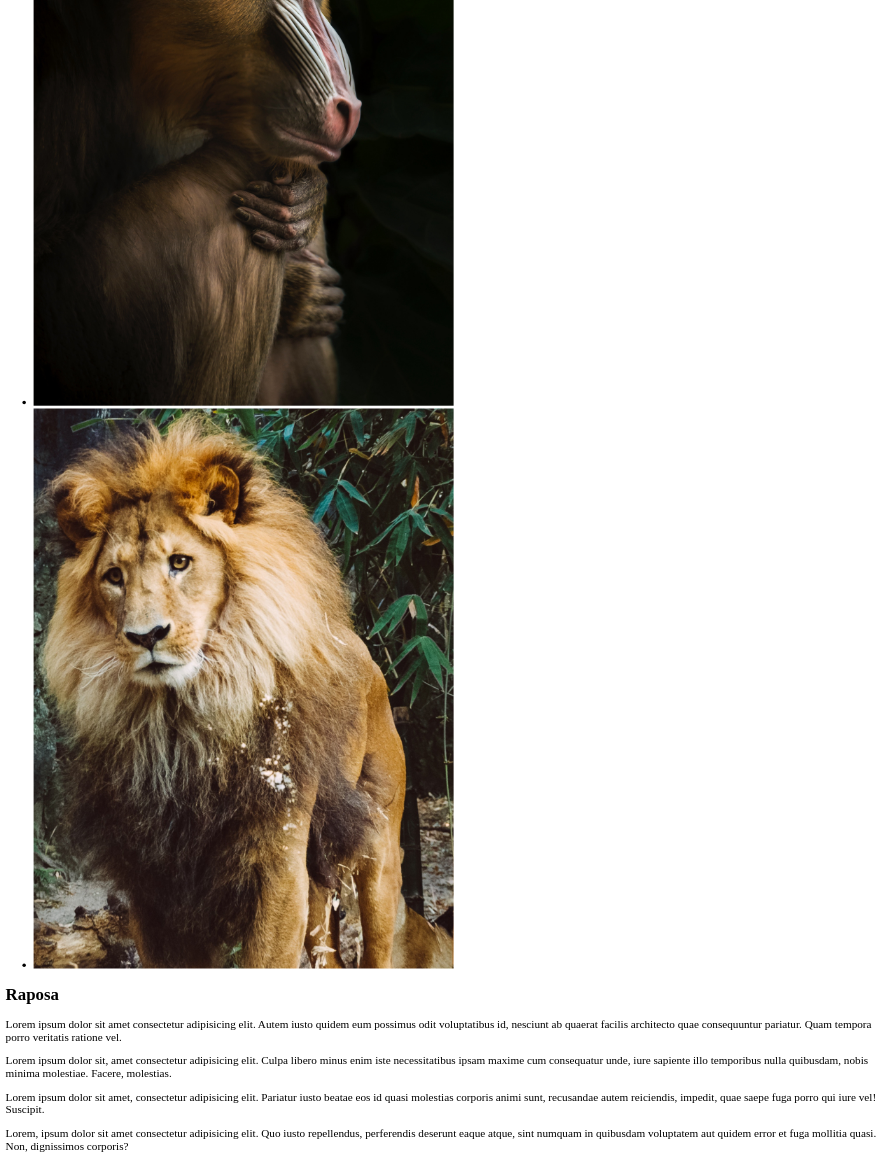
Repository: meiotera/animaisPagina
Page: index.html
The author's editor kept a copy of each file at every save. The page is drawn from the files as they stood at one save, then again after the next save.
The browser window is 1280 px wide. The pictures show the part of the page from y = 3592 to 5512 px (the page is 5254 px tall before and 5512 px after), at 70% of full size.

Above is the page before, as saved 2025-05-02 09:30:24.

### index.html
<!DOCTYPE html>
<html lang="en">

<head>
  <meta charset="UTF-8">
  <meta name="viewport" content="width=device-width, initial-scale=1.0">

  <link rel="stylesheet" href="css/style.css">
  <title>Animais</title>
</head>

<body>

  <nav>
    <ul>
      <li><a href="#animais">Animais</a></li>
      <li><a href="#faq">Faq</a></li>
      <li><a href="#contato">Contato</a></li>
      <li><a href="https://github.com/meiotera">Meu GitHub &rarr;</a></li>
    </ul>
  </nav>

  <section class="grid-section animais" id="animais">
    <h1 class="titulo">Animais Fantasticos</h1>

    <ul>
      <li><img src="./img/imagem1.jpg" alt=""></li>
      <li><img src="./img/imagem2.jpg" alt=""></li>
      <li><img src="./img/imagem3.jpg" alt=""></li>
      <li><img src="./img/imagem4.jpg" alt=""></li>
      <li><img src="./img/imagem5.jpg" alt=""></li>
      <li><img src="./img/imagem6.jpg" alt=""></li>
    </ul>

    <div class="animais-descricao">
      <section>
        <h2>Raposa</h2>
        <p>Lorem ipsum dolor sit amet consectetur adipisicing elit. Autem iusto quidem eum possimus odit voluptatibus id, nesciunt ab quaerat facilis architecto quae consequuntur pariatur. Quam tempora porro veritatis ratione vel.</p>
        <p>Lorem ipsum dolor sit, amet consectetur adipisicing elit. Culpa libero minus enim iste necessitatibus ipsam maxime cum consequatur unde, iure sapiente illo temporibus nulla quibusdam, nobis minima molestiae. Facere, molestias.</p>
        <p>Lorem ipsum dolor sit amet, consectetur adipisicing elit. Pariatur iusto beatae eos id quasi molestias corporis animi sunt, recusandae autem reiciendis, impedit, quae saepe fuga porro qui iure vel! Suscipit.</p>
        <p>Lorem, ipsum dolor sit amet consectetur adipisicing elit. Quo iusto repellendus, perferendis deserunt eaque atque, sint numquam in quibusdam voluptatem aut quidem error et fuga mollitia quasi. Non, dignissimos corporis?</p>
      </section>
    </div>
  </section>
  <script src="script.js"></script>
</body>

</html>

Loaded but not shown: script.js (no copy from this time; the picture is the same without it); css/style.css (no stored copy; drawn as an empty file)

After the next save:
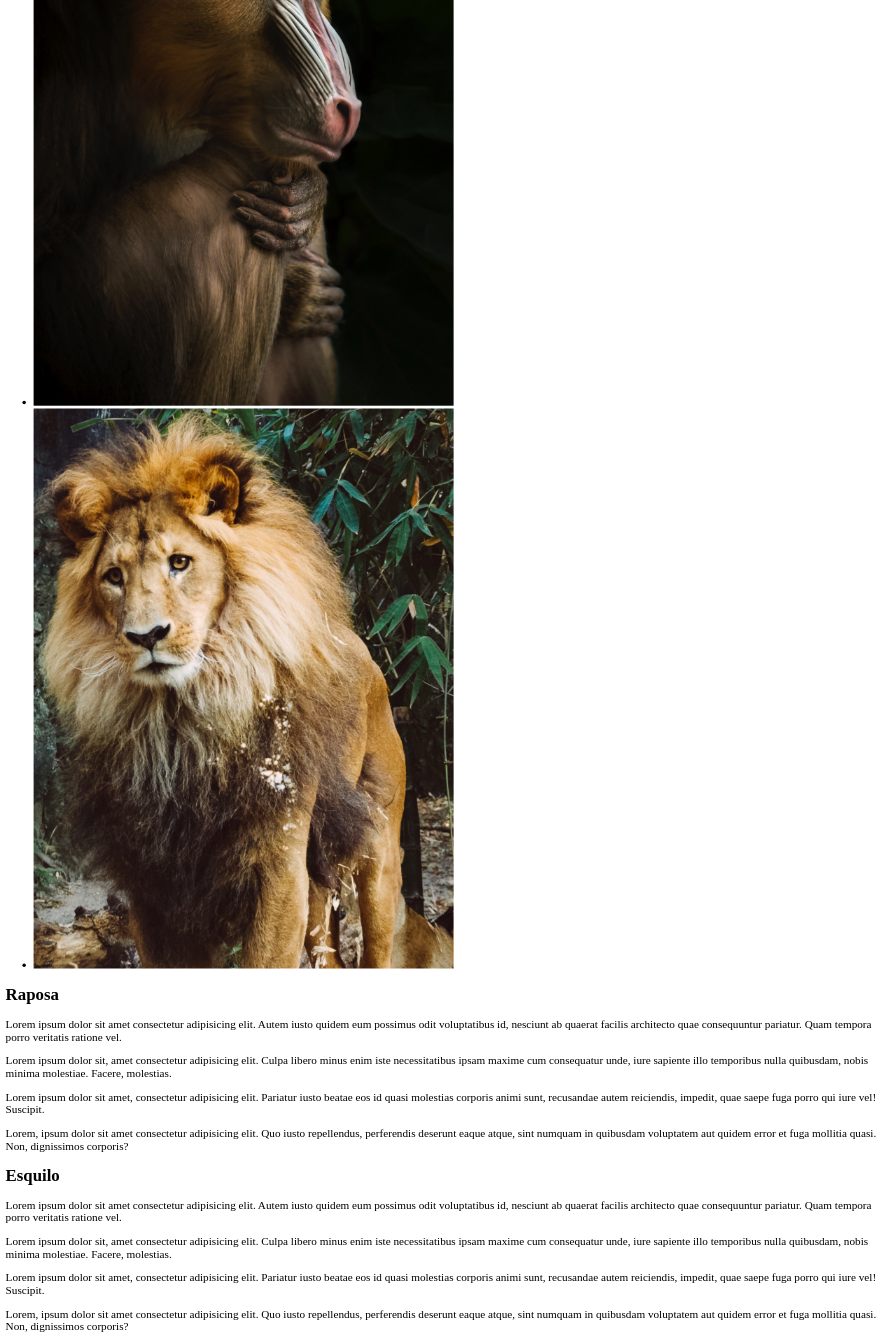
Saved 31 s later.
--- a/index.html
+++ b/index.html
@@ -40,6 +40,14 @@
         <p>Lorem ipsum dolor sit amet, consectetur adipisicing elit. Pariatur iusto beatae eos id quasi molestias corporis animi sunt, recusandae autem reiciendis, impedit, quae saepe fuga porro qui iure vel! Suscipit.</p>
         <p>Lorem, ipsum dolor sit amet consectetur adipisicing elit. Quo iusto repellendus, perferendis deserunt eaque atque, sint numquam in quibusdam voluptatem aut quidem error et fuga mollitia quasi. Non, dignissimos corporis?</p>
       </section>
+
+      <section>
+        <h2>Esquilo</h2>
+        <p>Lorem ipsum dolor sit amet consectetur adipisicing elit. Autem iusto quidem eum possimus odit voluptatibus id, nesciunt ab quaerat facilis architecto quae consequuntur pariatur. Quam tempora porro veritatis ratione vel.</p>
+        <p>Lorem ipsum dolor sit, amet consectetur adipisicing elit. Culpa libero minus enim iste necessitatibus ipsam maxime cum consequatur unde, iure sapiente illo temporibus nulla quibusdam, nobis minima molestiae. Facere, molestias.</p>
+        <p>Lorem ipsum dolor sit amet, consectetur adipisicing elit. Pariatur iusto beatae eos id quasi molestias corporis animi sunt, recusandae autem reiciendis, impedit, quae saepe fuga porro qui iure vel! Suscipit.</p>
+        <p>Lorem, ipsum dolor sit amet consectetur adipisicing elit. Quo iusto repellendus, perferendis deserunt eaque atque, sint numquam in quibusdam voluptatem aut quidem error et fuga mollitia quasi. Non, dignissimos corporis?</p>
+      </section>
     </div>
   </section>
   <script src="script.js"></script>
